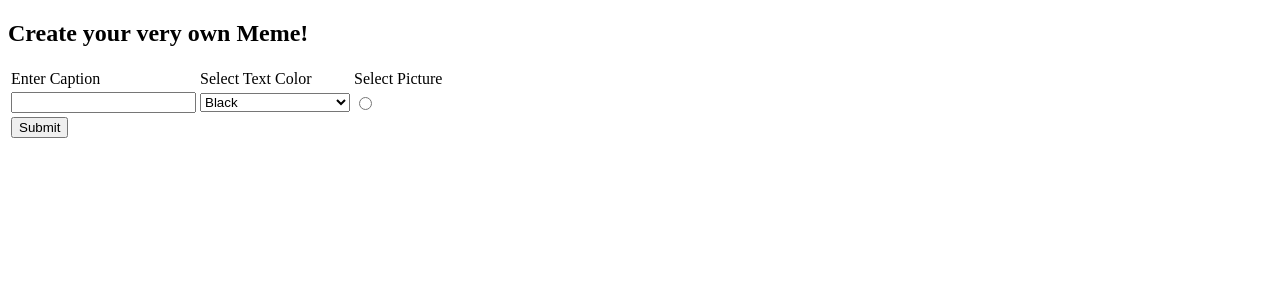
Repository: HyveMynd/htdocs
Page: http://localhost/
An editor plug-in stored every save of this project. The page is shown before and after the next save, followed by the edit.
The browser window is 1280 px wide. The pictures show the whole page.
Some web libraries are served in a nearby version. The page is run by PHP 8.4 with error messages shown; the project is at /var/www/html/.

Above is the page before, as saved 2013-01-27 19:40:23.

### PS2/index.php
<!DOCTYPE html PUBLIC "-//W3C//DTD HTML 4.01 Transitional//EN" "http://www.w3.org/TR/html4/loose.dtd">
<html>
<head>
<meta http-equiv="Content-Type" content="text/html; charset=UTF-8">
<script type="text/javascript" src="https://ajax.googleapis.com/ajax/libs/jquery/1.7.1/jquery.min.js"></script>
<!--<link rel="stylesheet" href="MemoryStyle.css" type="text/css" /> -->
<title>Meme Generator</title>
</head>
<body>
	<form method=get action=YourMeme.php>
	<h2>Create your very own Meme!</h2>
		<table>
			<tr>
				<td>Enter Caption</td>
				<td>Select Text Color</td>
				<td>Select Picture</td>
			</tr>
			<tr>
				<td><input type="text" name=caption value="" /></td>
				<td>
					<select name=textColor onchange=<?php  ?>>
						<option value='black' selected="selected">Black</option>
						<option value='red'>Red</option>
						<option value='white'>White</option>
						<option value='whiteBlack'>White w/Black Border</option>
					</select>
				</td>
				<td>
					<input type="radio" value='Philosyraptor' />

				</td>
			</tr>
			<tr>
				<td><input type="submit" value=Submit /></td>
			</tr>
		</table>
	</form>
</body>
</html>

<?php

function sumbit(){

}

?>

After the next save:
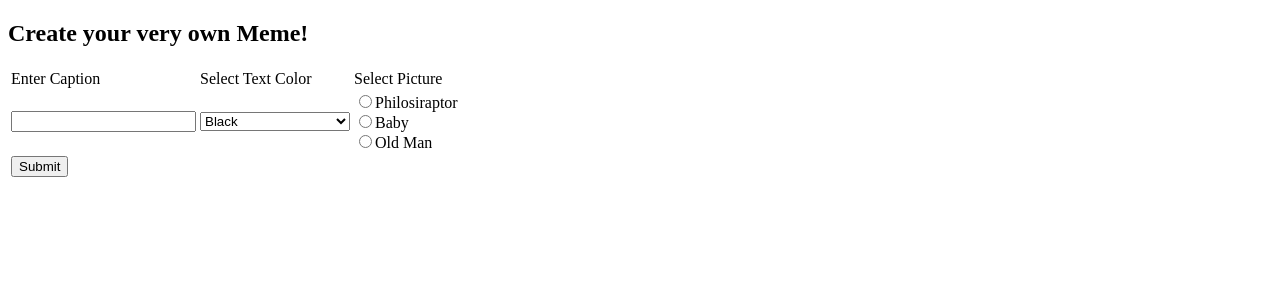
Saved 4 min 35 s later.
--- a/PS2/index.php
+++ b/PS2/index.php
@@ -18,7 +18,7 @@
 			<tr>
 				<td><input type="text" name=caption value="" /></td>
 				<td>
-					<select name=textColor onchange=<?php  ?>>
+					<select name=textColor>
 						<option value='black' selected="selected">Black</option>
 						<option value='red'>Red</option>
 						<option value='white'>White</option>
@@ -26,8 +26,9 @@
 					</select>
 				</td>
 				<td>
-					<input type="radio" value='Philosyraptor' />
-
+					<input type="radio" name=pic value=raptor>Philosiraptor<br>
+					<input type="radio" name=pic value=baby>Baby<br>
+					<input type="radio" name=pic value=raptor>Old Man<br>
 				</td>
 			</tr>
 			<tr>
